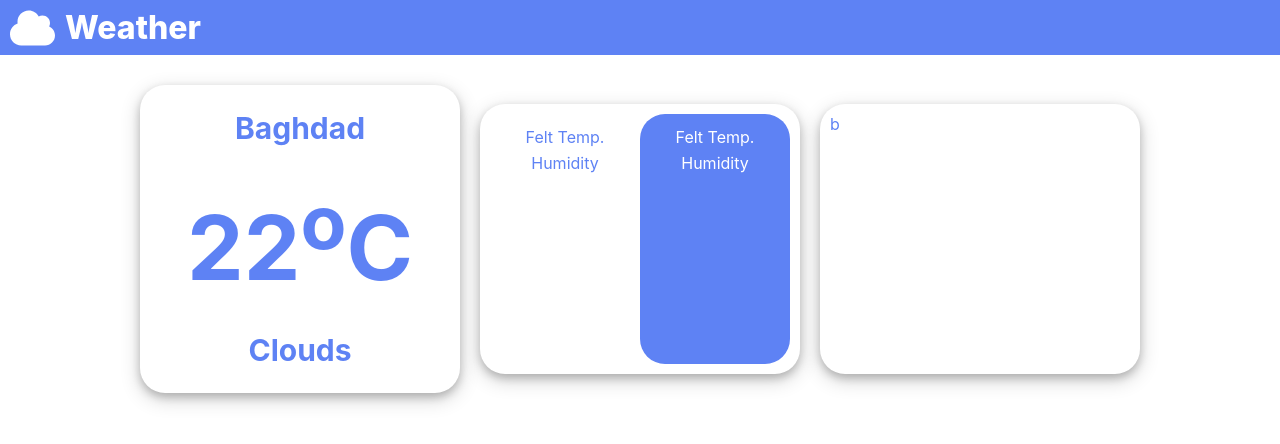
Repository: ahmedazawi/weather-app
Page: /
The author's editor kept a copy of each file at every save. The page is drawn from the files as they stood at one save, then again after the next save.
The browser window is 1280 px wide. The pictures show the whole page.
The project was rebuilt for these pictures with package versions that can differ from the ones it lists, and the page was loaded fresh each time.

Above is the page before, as saved 2022-11-29 21:55:21.

After the next save:
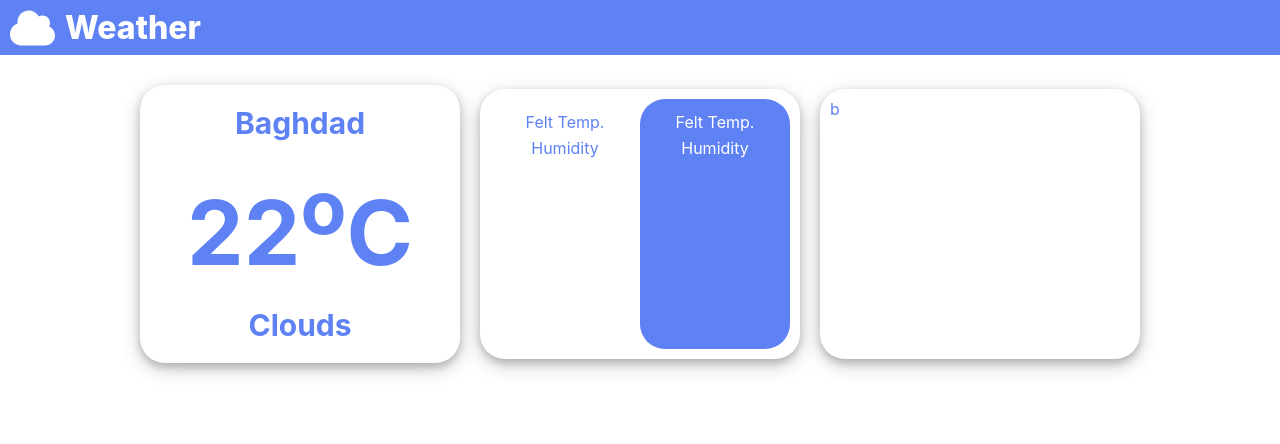
Saved 5 s later.
--- a/src/assets/css/details.css
+++ b/src/assets/css/details.css
@@ -34,7 +34,7 @@
 .big-cards > div:first-child > div {
   font-size: 30px;
   font-weight: bold;
-  margin: 15px 0;
+  margin: 10px 0;
 }
 .big-cards > div:nth-child(2) {
   display: flex;
